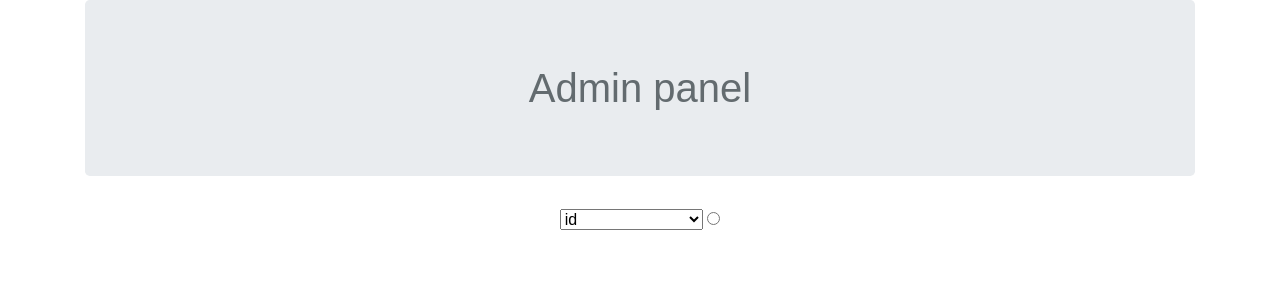
Repository: WOLVGVNG/gameclan
Page: resources/views/admin_panel.blade.php
An editor plug-in stored every save of this project. The page is shown before and after the next save, followed by the edit.
The browser window is 1280 px wide. The pictures show the whole page.
The page is served by the project's Laravel application, run on PHP 8.4 with Laravel 8. Other server files are loaded and not shown. The template is opened directly, without the code that normally fills it, so the values that code supplies are empty.

Above is the page before, as saved 2019-03-19 17:08:10.

### routes/web.php
<?php

/*
|--------------------------------------------------------------------------
| Web Routes
|--------------------------------------------------------------------------
|
| Here is where you can register web routes for your application. These
| routes are loaded by the RouteServiceProvider within a group which
| contains the "web" middleware group. Now create something great!
|
*/

Route::get('/', 'AdminPanelController@index');

### resources/views/admin_panel.blade.php
@extends('layout.app')
@section('content')
<div class='container text-center'>
    <h1 class='jumbotron'>Admin panel</h1>
    <form action='/' method='GET'>
        <select name='filtr_type'>
            <option>id</option>
            <option>user_name</option>
            <option>email</option>
            <option>active</option>
            <option>banned</option>
            <option>notifiable_email</option>
            <option>email_verified_at</option>
            <option>remember_token</option>
            <option>avatar</option>
            <option>points</option>
            <option>steam_id</option>
            <option>facebook_id</option>
            <option>google_id</option>
            <option>geo</option>
            <option>lang</option>
            <option>ref</option>
            <option>ref_status</option>
            <option>ref_code</option>
            <option>deleted_at</option>
            <option>created_at</option>
            <option>updated_at</option>
        </select>
        <input type='radio' name='filtr_order'
    </form>
    @foreach($users as $user)
        <div class='row'>
            <div class='user-part-div col'>
                <p class='font-weight-bold'>id</p>
                <p>{{$user->id}}</p>
            </div>
            <div class='user-part-div col'>
                <p class='font-weight-bold'>user_name</p>
                <p>{{$user->user_name}}</p>
            </div>
            <div class='user-part-div col'>
                <p class='font-weight-bold'>email</p>
                <p>{{$user->email}}</p>
            </div>
            @if($user->active === 1)
                <div class='user-part-div col d-flex align-items-center'>
                    <p class='font-weight-bold'>active</p>
                </div>
            @endif
            @if($user->banned === 1)
            <div class='user-part-div col d-flex align-items-center'>
                <p class='font-weight-bold'>banned</p>
            </div>
            @endif
            @if(isset($user->email_verified_at))
                <div class='user-part-div col'>
                    <p class='font-weight-bold'>email_verified_at</p>
                    <p>{{$user->email_verified_at}}</p>
                </div>
            @endif
            @if(isset($user->email_verified_at))
                <div class='user-part-div col'>
                    <p class='font-weight-bold'>remember_token</p>
                    <p>{{$user->remember_token}}</p>
                </div>
            @endif
            <div class='user-part-div col'>
                <p class='font-weight-bold'>avatar</p>
                <p>{{$user->avatar}}</p>
            </div>
            <div class='user-part-div col'>
                <p class='font-weight-bold'>points</p>
                <p>{{$user->points}}</p>
            </div>
            @if(isset($user->steam_id))
                <div class='user-part-div col'>
                    <p class='font-weight-bold'>steam_id</p>
                    <p>{{$user->steam_id}}</p>
                </div>
            @endif
            @if(isset($user->facebook_id))
                <div class='user-part-div col'>
                    <p class='font-weight-bold'>facebook_id</p>
                    <p>{{$user->facebook_id}}</p>
                </div>
            @endif
            @if(isset($user->google_id))
                <div class='user-part-div col'>
                    <p class='font-weight-bold'>google_id</p>
                    <p>{{$user->google_id}}</p>
                </div>
            @endif
            <div class='user-part-div col'>
                <p class='font-weight-bold'>geo</p>
                <p>{{$user->geo}}</p>
            </div>
            <div class='user-part-div col'>
                <p class='font-weight-bold'>lang</p>
                <p>{{$user->lang}}</p>
            </div>
            @if(isset($user->ref))
                <div class='user-part-div col'>
                    <p class='font-weight-bold'>ref</p>
                    <p>{{$user->ref}}</p>
                </div>
            @endif
            @if(isset($user->ref_status))
                <div class='user-part-div col'>
                    <p class='font-weight-bold'>ref_status</p>
                    <p>{{$user->ref_status}}</p>
                </div>
            @endif
            <div class='user-part-div col'>
                <p class='font-weight-bold'>ref_code</p>
                <p>{{$user->ref_code}}</p>
            </div>
            @if(isset($user->deleted_at))
                <div class='user-part-div col'>
                    <p class='font-weight-bold'>deleted_at</p>
                    <p>{{$user->deleted_at}}</p>
                </div>
            @endif
            <div class='user-part-div col'>
                <p class='font-weight-bold'>created_at</p>
                <p>{{$user->created_at}}</p>
            </div>
            @if(isset($user->updated_at))
                <div class='user-part-div col'>
                    <p class='font-weight-bold'>updated_at</p>
                    <p>{{$user->updated_at}}</p>
                </div>
            @endif
        </div>
    @endforeach
</div>
@endsection

### resources/views/layout/app.blade.php
<!doctype html>
<html lang="{{ str_replace('_', '-', app()->getLocale()) }}">
    <head>
        <meta charset="utf-8">
        <meta name="viewport" content="width=device-width, initial-scale=1">

        <title>Laravel</title>

        <link rel="stylesheet" href="https://stackpath.bootstrapcdn.com/bootstrap/4.3.1/css/bootstrap.min.css" integrity="sha384-ggOyR0iXCbMQv3Xipma34MD+dH/1fQ784/j6cY/iJTQUOhcWr7x9JvoRxT2MZw1T" crossorigin="anonymous">

        <style>
            html, body {
                background-color: #fff;
                color: #636b6f;
                font-family: 'Nunito', sans-serif;
                font-weight: 200;
                height: 100vh;
                margin: 0;
            }

            .user-part-div {
                border: 3px solid gray;
            }
        </style>
    </head>
    <body>
        @yield('content')

    </body>
</html>

After the next save:
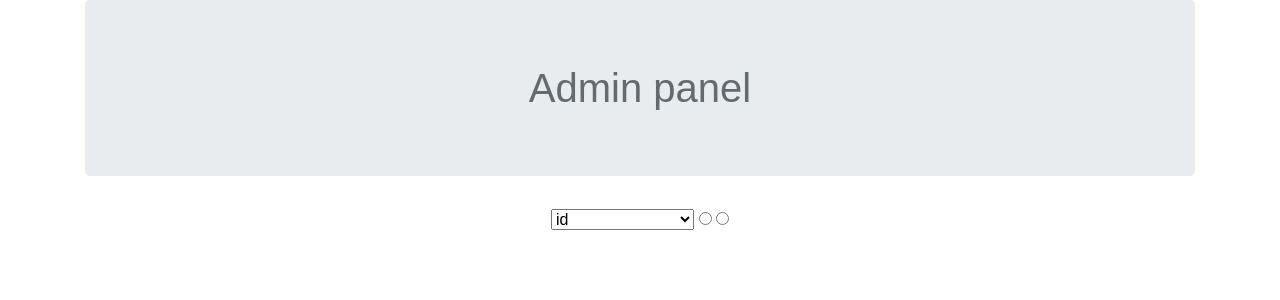
Saved 48 s later.
--- a/resources/views/admin_panel.blade.php
+++ b/resources/views/admin_panel.blade.php
@@ -26,7 +26,8 @@
             <option>created_at</option>
             <option>updated_at</option>
         </select>
-        <input type='radio' name='filtr_order'
+        <input type='radio' name='filtr_order' value="asc">
+        <input type='radio' name='filtr_order' value="desc">
     </form>
     @foreach($users as $user)
         <div class='row'>
